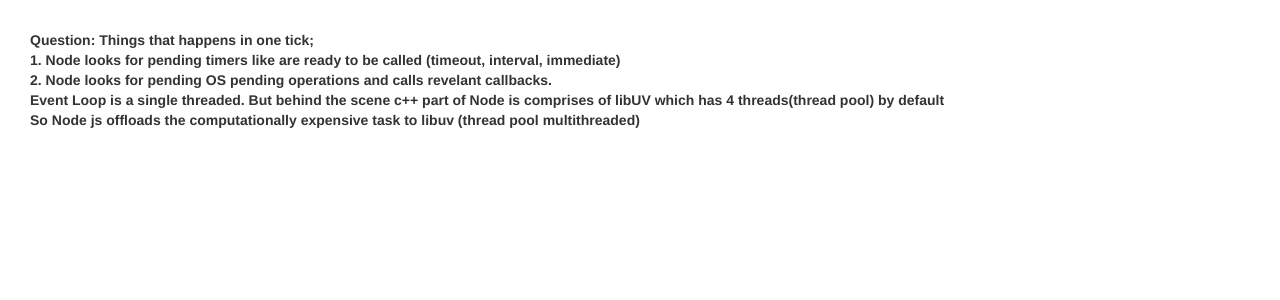
Repository: rahil001/preparation
Page: javascriptPrac/index.html
These files come from the project's save history. The page is drawn as it stood at one moment and after a run of saves; the edit follows.
The browser window is 1280 px wide. The pictures show the whole page.

Above is the page before, as saved 2019-10-27 21:15:13.

After the next 2 saves:
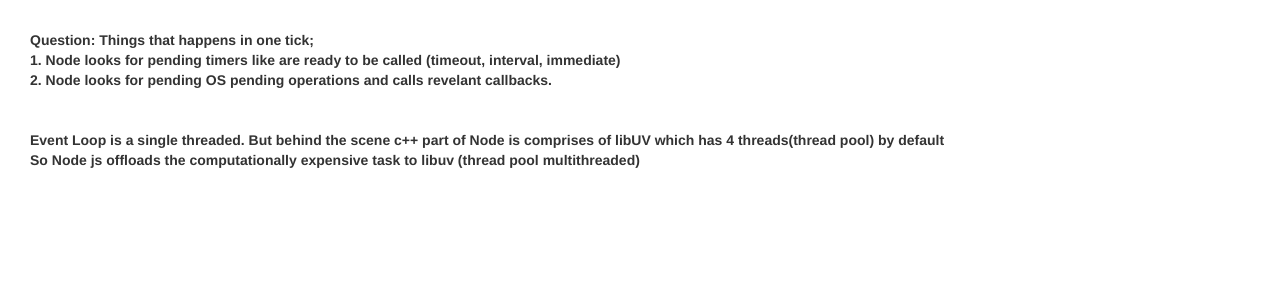
The 2 saves are shown as one change because they came seconds apart.
The last was saved 32 s later.
--- a/javascriptPrac/index.html
+++ b/javascriptPrac/index.html
@@ -10,6 +10,9 @@
         }
         .text-giant{
             font-size: 40px;
+        }
+        .singleT {
+            margin-top: 40px;
         }
     </style>
 </head>
@@ -24,7 +27,7 @@
         2. Node looks for pending OS pending operations and calls revelant callbacks.
         </div>
     </div>
-    <div>
+    <div class="singleT">
     Event Loop is a single threaded. But behind the scene c++ part of Node is comprises of libUV which has 4 threads(thread pool) by default
     <div>So Node js offloads the computationally expensive task to libuv (thread pool multithreaded)</div>
     </div>
